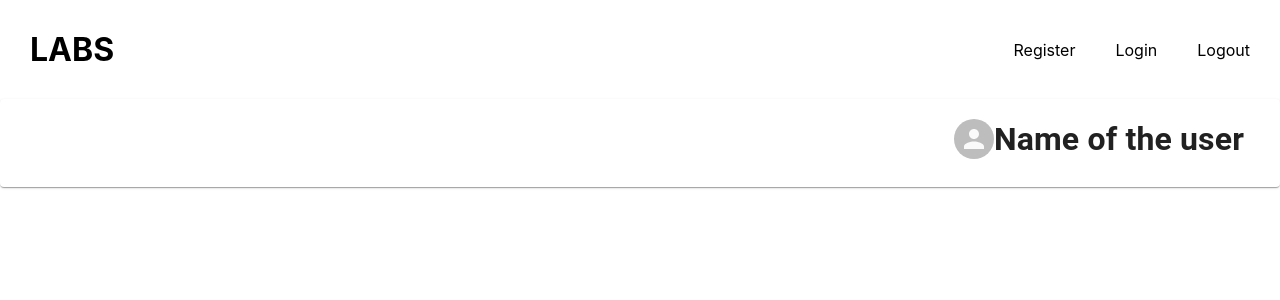
Repository: Prafullkuma/labsdata
Page: /admin
These files come from the project's save history. The page is drawn as it stood at one moment and after the next save; the edit follows.
The browser window is 1280 px wide. The pictures show the whole page.
The project was rebuilt for these pictures with package versions that can differ from the ones it lists, and the page was loaded fresh each time. Also part of the build but not shown: src/App.css, src/Component/Main.js, src/Auth/Login.js, src/Auth/Signup.js, src/Auth/Logout.js.

Above is the page before, as saved 2020-08-25 09:40:36.

### src/App.js
import React from 'react';
import './App.css';
import Nav from './Component/Nav'
import Admin from './Component/Admin'
import Main from './Component/Main'
import Login from './Auth/Login'
import Signup from './Auth/Signup'
import Logout from './Auth/Logout'
import { BrowserRouter as Router, Route } from 'react-router-dom'
function App() {
  return (
    <div className="App">
      <Router>
        <Nav />
        <Route path="/logout" component={Logout} />
        <Route path="/signup" component={Signup} />
        <Route path="/login" component={Login} />
        <Route path="/admin" component={Admin} />
        <Route exact path="/" component={Main} />
      </Router>
    </div>
  );
}

export default App;

### src/Component/Nav.js
import React from 'react'
import './Nav.css'
import { Link } from 'react-router-dom'
function Nav() {
    return (
        <div className="Navbar">
            <h1>LABS</h1>
            <ul>
                <li><Link to="/signup"> Register</Link></li>
                <li><Link to="/login">Login</Link></li>
                <li><Link to="/logout">Logout</Link>
                </li>
            </ul>
        </div>
    )
}

export default Nav

### src/Component/Admin.js
import React from 'react'
import { Avatar, Card, CardContent, Typography } from '@material-ui/core'
import './Admin.css'
function Admin() {
    return (
        <div>
            <Card className="all_data">
                <CardContent>
                    <Typography className="userdata">
                        <Avatar />
                        <h1>Name of the user</h1>
                    </Typography>
                </CardContent>
            </Card>
        </div>
    )
}

export default Admin

### src/Component/Nav.css
.Navbar{
    padding: 30px;
    display: flex;
    justify-content: space-between;
    align-items: center;

}
a{
    text-decoration: none;
    color:black;
    }
ul,li{
    list-style: none;
    float: left;
    margin-left: 40px;
}

### src/Component/Admin.css
.userdata{
    display: flex;
    justify-content: right;
    align-items: center;
}
h1{
    margin-right: 20px;
}

Loaded but not shown: public/index.html (common file); src/index.js (common file); src/index.css (common file); src/serviceWorker.js (common file); src/Component/Main.css (no stored copy; drawn as an empty file)

After the next save:
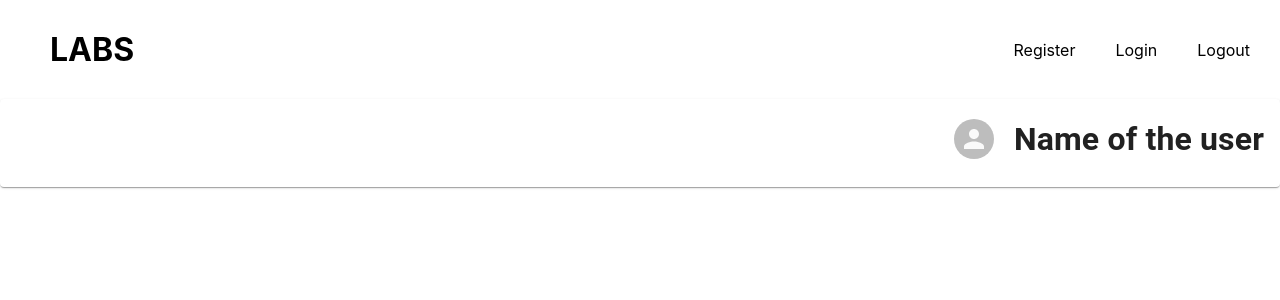
Saved 12 s later.
--- a/src/Component/Admin.css
+++ b/src/Component/Admin.css
@@ -4,5 +4,5 @@
     align-items: center;
 }
 h1{
-    margin-right: 20px;
+    margin-left: 20px;
 }
